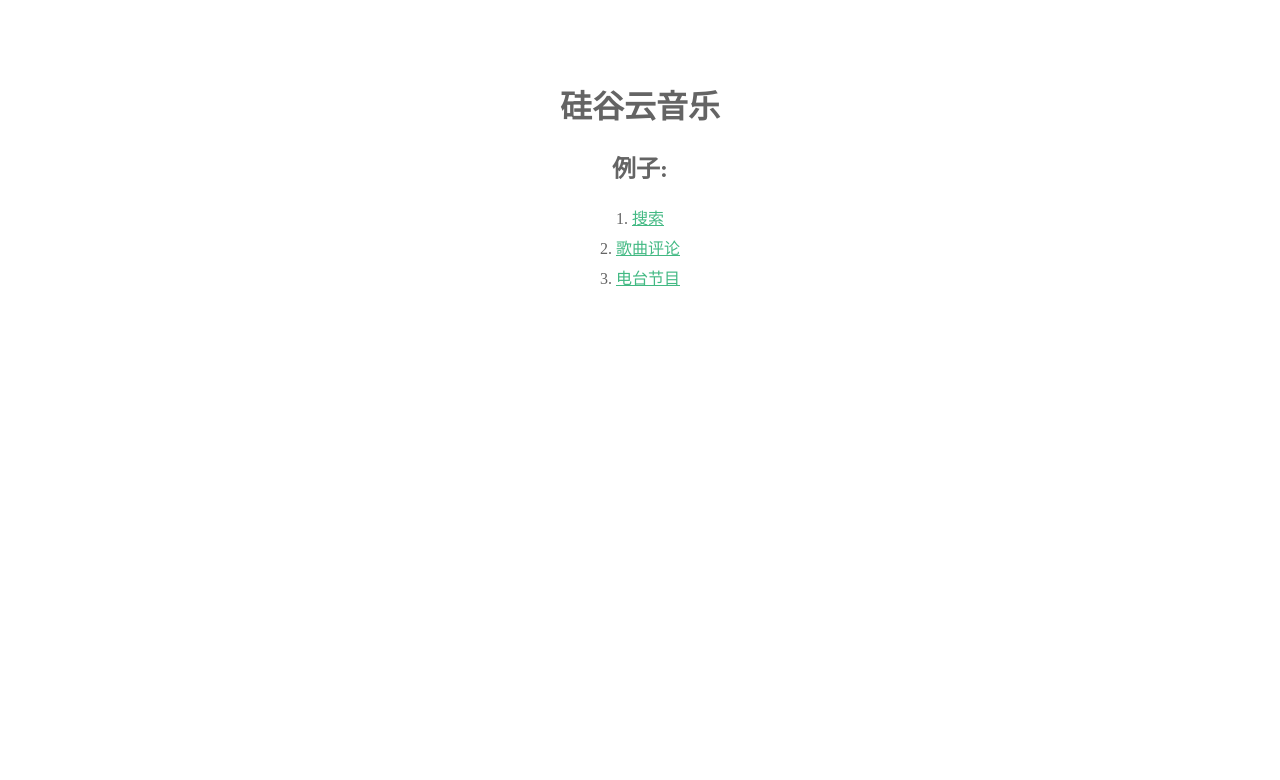
Repository: Mumu99/KunMusicServer
Page: public/index.html
The author's editor kept a copy of each file at every save. The page is drawn from the files as they stood at one save, then again after a run of saves.
The browser window is 1280 px wide. The pictures show the whole page.

Above is the page before, as saved 2022-01-06 15:17:43.

### public/index.html
<!DOCTYPE html>
<html>
<head>
  <meta charset="UTF-8">
  <meta name="viewport" content="width=device-width, initial-scale=1.0">
  <meta http-equiv="X-UA-Compatible" content="ie=edge">
  <title>尚硅谷-网易云音乐</title>
</head>
<body>
  <h1>硅谷云音乐</h1>
  <h2>例子:</h2>
  <ul>
    <li>1. <a href="/search?keywords=光辉岁月">搜索</a></li>
    <li>2. <a href="/comment/music?id=186016&limit=1">歌曲评论</a></li>
    <li>3. <a href="/dj/program?rid=336355127">电台节目</a></li>
  </ul>
  <style>
    html,body{
      height: 100vh;
      width: 100vw;
      margin: 0;
      padding: 0;
      background: #ffffff;
      text-align: center;
      margin-top:30px;
      overflow: hidden;
    }
    *{
      color:rgb(100,100,100);
    }
    a{
      color:#42b983;
    }
    ul,li{
      margin: 0;
    }
    ul{
      margin-left: -40px;
      line-height: 30px;
    }
    li{
      list-style: none;
    }
  </style>
</body>
</html>

After the next 2 saves:
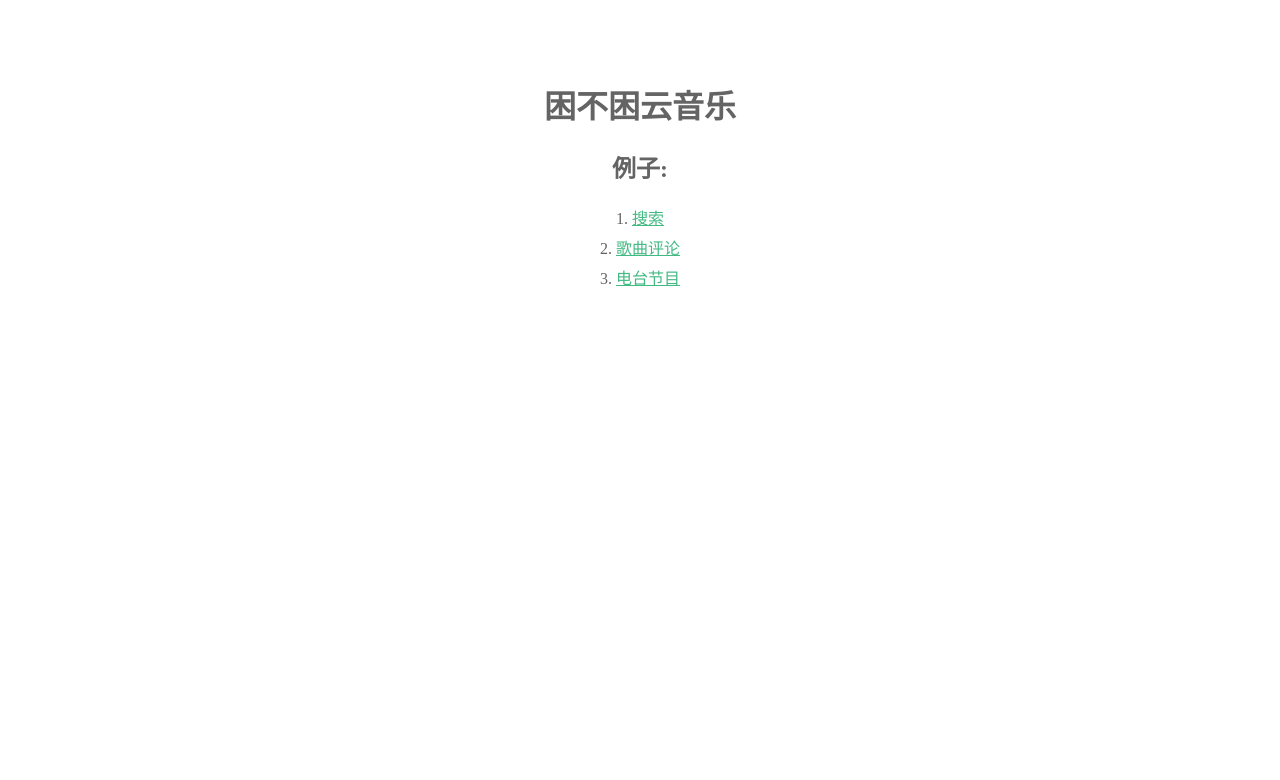
The 2 saves are shown as one change because they came seconds apart.
The last was saved 14 s later.
--- a/public/index.html
+++ b/public/index.html
@@ -1,13 +1,20 @@
+<!--
+ * @Author: v_polixiong
+ * @Date: 2020-10-19 10:24:02
+ * @LastEditTime: 2022-01-06 15:17:56
+ * @LastEditors: your name
+ * @FilePath: \硅谷音乐_server\public\index.html
+-->
 <!DOCTYPE html>
 <html>
 <head>
   <meta charset="UTF-8">
   <meta name="viewport" content="width=device-width, initial-scale=1.0">
   <meta http-equiv="X-UA-Compatible" content="ie=edge">
-  <title>尚硅谷-网易云音乐</title>
+  <title>困不困-网易云音乐</title>
 </head>
 <body>
-  <h1>硅谷云音乐</h1>
+  <h1>困不困云音乐</h1>
   <h2>例子:</h2>
   <ul>
     <li>1. <a href="/search?keywords=光辉岁月">搜索</a></li>
